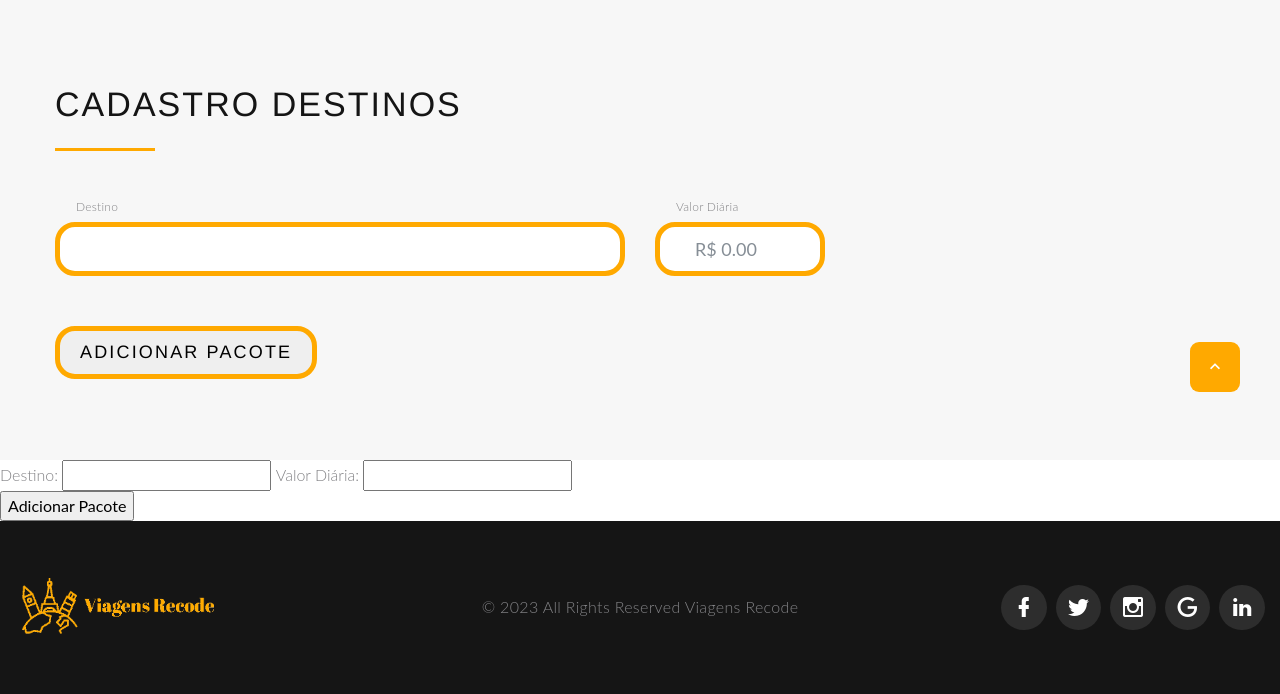
Repository: LiraS23/RecodePro2023-Modulo-4
Page: java/Modulo4/src/main/webapp/destinos.html
An editor plug-in stored every save of this project. The page is shown before and after the next save, followed by the edit.
The browser window is 1280 px wide. The pictures show the part of the page from y = 388 to 1141 px (the page is 1082 px tall before and 1141 px after).
Some web fonts or font styles are not loaded; a fallback is used.

Above is the page before, as saved 2023-10-28 16:26:14.

After the next save:
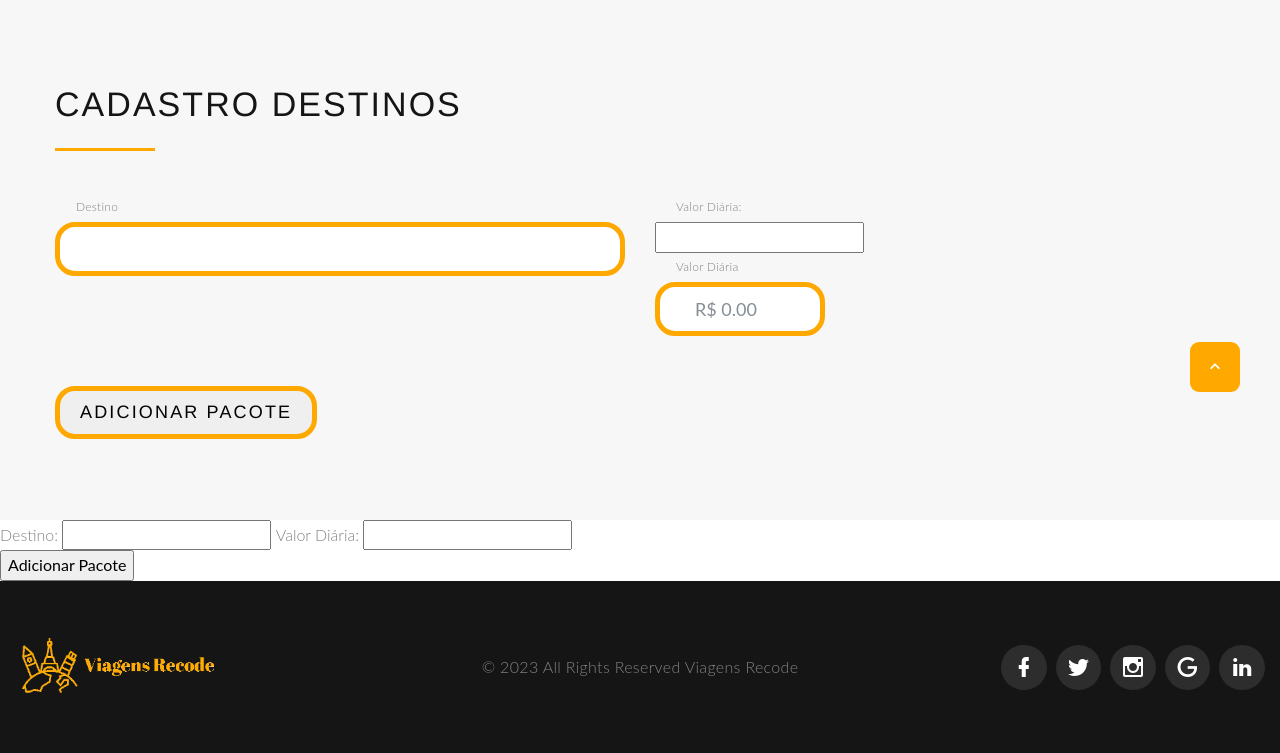
Saved 41 s later.
--- a/java/Modulo4/src/main/webapp/destinos.html
+++ b/java/Modulo4/src/main/webapp/destinos.html
@@ -88,12 +88,17 @@
 										<div class="col-md-6">
 											<div class="form-wrap form-wrap-validation">
 												<label class="form-label-outside" for="destino">Destino</label>
-												<input class="form-control" style="border: 5px solid #FFA900; border-radius: 20px;"
-													id="destino" type="text" name="destino" required>
+												<input class="form-control"
+													style="border: 5px solid #FFA900; border-radius: 20px;" id="destino"
+													type="text" name="destino" required>
 											</div>
 										</div>
 										<div class="col-md-2">
 											<div class "form-wrap form-wrap-validation">
+
+												<label class="form-label-outside" for="valorDiaria">Valor Diária:</label>
+												<input type="text" name="valorDiaria" required><br>
+
 												<label class="form-label-outside" for="valorDiaria">Valor Diária</label>
 												<input class="form-control"
 													style="border: 5px solid #FFA900; border-radius: 20px;"
